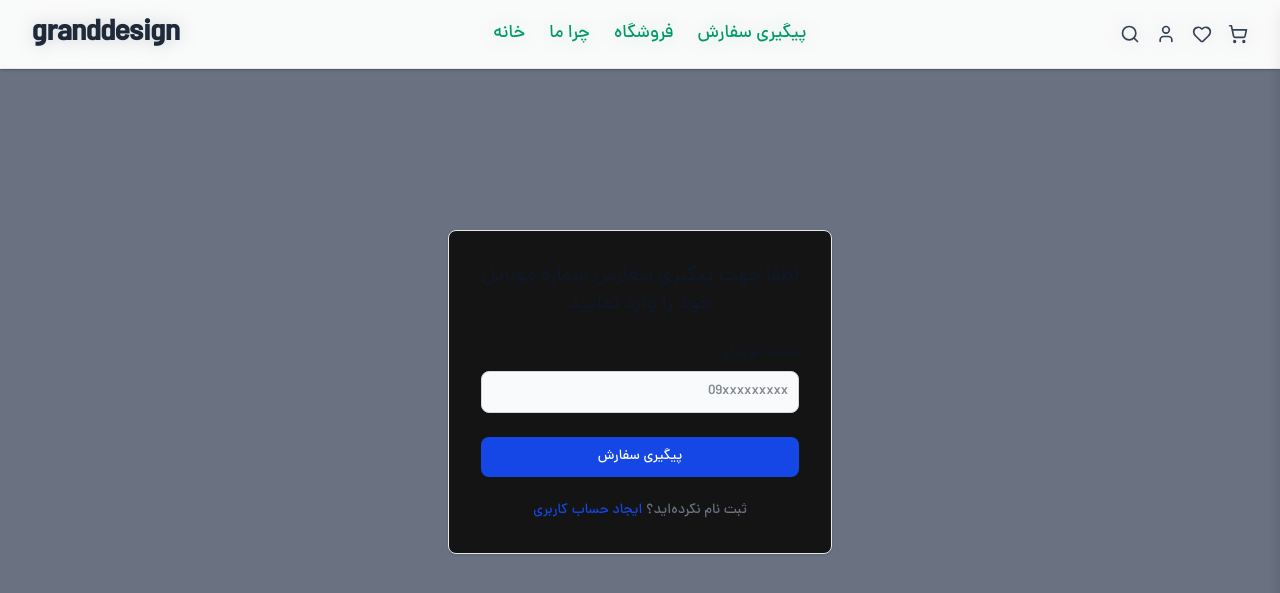
Repository: Aihan-2005/granddesign.frontend
Page: /productTracking
The author's editor kept a copy of each file at every save. The page is drawn from the files as they stood at one save, then again after the next save.
The browser window is 1280 px wide. The pictures show the whole page.
The project was rebuilt for these pictures with package versions that can differ from the ones it lists, and the page was loaded fresh each time. The framework's server and built-in components were replaced by stand-ins that run in the browser. Also part of the build but not shown: next.config.mjs, src/components/store/modal/Search.jsx, src/zustand/useAuthStore.jsx, src/components/store/modal/Login.jsx, src/components/store/modal/CartModal.jsx, src/components/store/modal/FavoritesModal.jsx.

Above is the page before, as saved 2025-09-16 01:44:00.

After the next save:
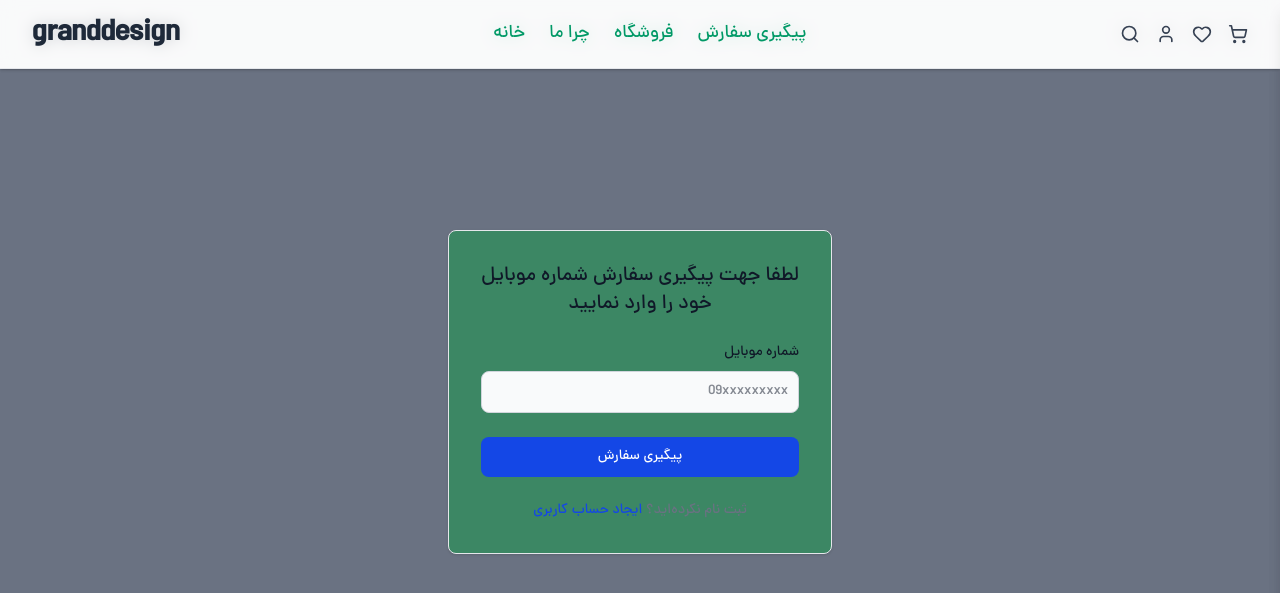
Saved 21 s later.
--- a/src/app/(fullpage)/productTracking/page.jsx
+++ b/src/app/(fullpage)/productTracking/page.jsx
@@ -6,7 +6,7 @@ export default function ProductTracking() {
             <Header />
 
             <div className="flex items-center justify-center min-h-screen pt-16">
-                <div className="w-full max-w-sm p-4 bg-[#141414] border border-gray-200 rounded-lg shadow-sm sm:p-6 md:p-8 ">
+                <div className="w-full max-w-sm p-4 bg-[#3c8764] border border-gray-200 rounded-lg shadow-sm sm:p-6 md:p-8 ">
                     <form className="space-y-6" action="#">
                         <h5 className="text-xl font-medium text-gray-900 dark:text-white text-center">
                             لطفا جهت پیگیری سفارش شماره موبایل خود را وارد نمایید
